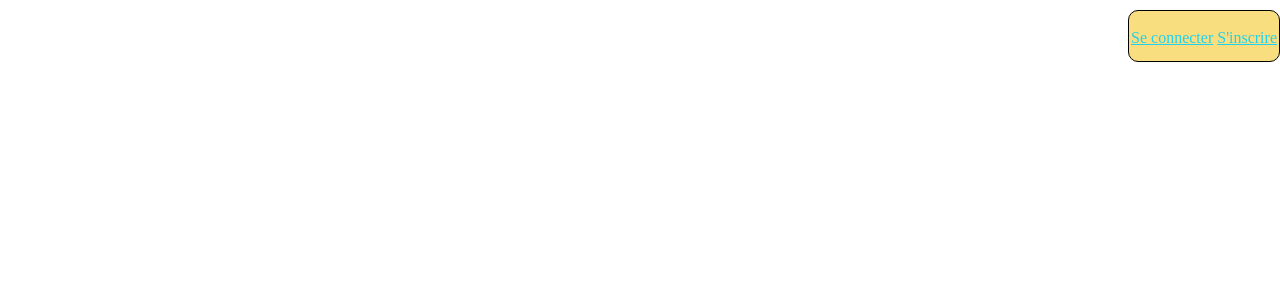
Repository: DylanORK/htdocs
Page: http://localhost/PannelInconnu.php
An editor plug-in stored every save of this project. The page is shown before and after the next save, followed by the edit.
The browser window is 1280 px wide. The pictures show the whole page.
The page is run by PHP 8.4 with error messages shown; the project is at /var/www/html/.

Above is the page before, as saved 2015-06-02 10:39:24.

After the next save:
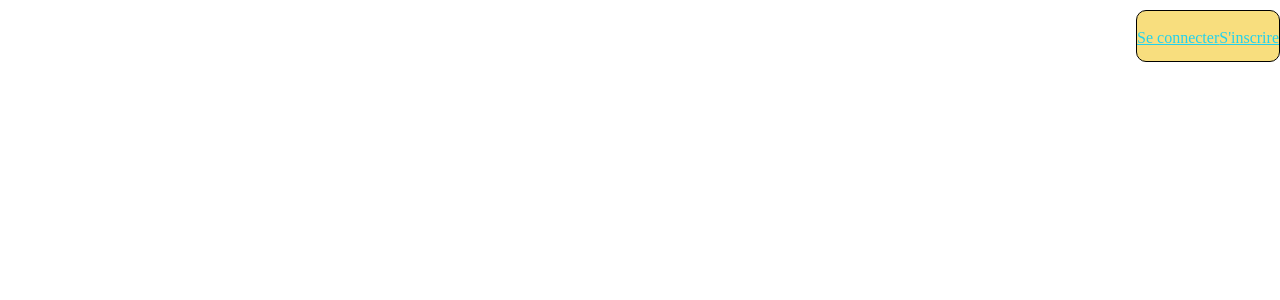
Saved 30 s later.
--- a/EclipsePHP/InterFaceWeb/Style/Style-Pannel.php
+++ b/EclipsePHP/InterFaceWeb/Style/Style-Pannel.php
@@ -10,7 +10,7 @@ padding :0px;
 {
 list-style-type : none;
 float: left;
-margin : 2px;
+margin : 2px 0px;
 text-align : center;
 
 }
